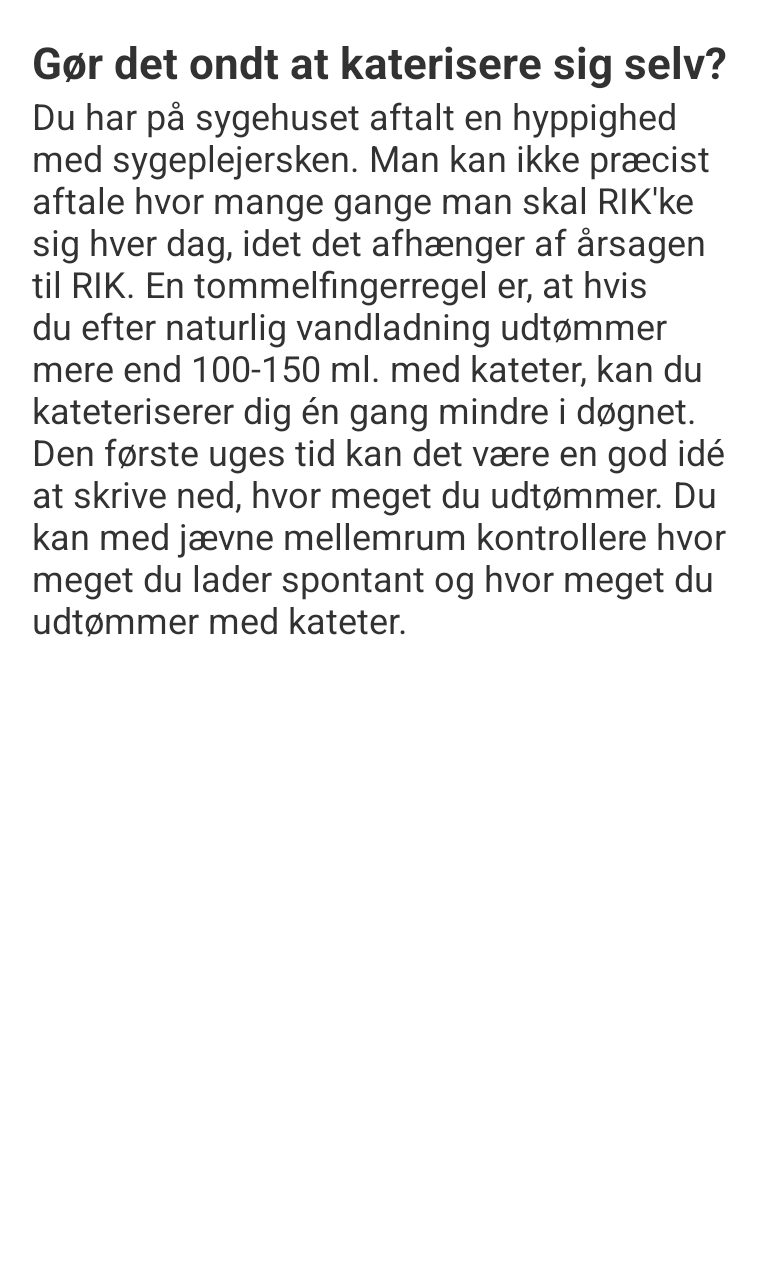
Repository: KingApollo/RIKapp2
Layout: RIKapp/res/layout/activity_does_it_hurt.xml
The author's editor kept a copy of each file at every save. The layout is drawn from the files as they stood at one save, then again after the next save.
It is drawn on a 768 x 1280 px phone screen (xhdpi) without system bars, with theme android:Theme.Light.NoTitleBar; the app's code is not run.

Above is the layout before, as saved 2014-10-10 12:29:55.

### RIKapp/res/layout/activity_does_it_hurt.xml
<RelativeLayout xmlns:android="http://schemas.android.com/apk/res/android"
    xmlns:tools="http://schemas.android.com/tools"
    android:layout_width="match_parent"
    android:layout_height="match_parent"
    android:paddingBottom="@dimen/activity_vertical_margin"
    android:paddingLeft="@dimen/activity_horizontal_margin"
    android:paddingRight="@dimen/activity_horizontal_margin"
    android:paddingTop="@dimen/activity_vertical_margin"
    tools:context="dk.ucn.datamatiker.rikapp.DoesItHurt" >

     <TextView
    android:id="@+id/tvDoesItHurtQuestion"
    android:layout_width="wrap_content"
    android:layout_height="wrap_content"
    android:text="@string/doesItHurtQuestion"
    android:textSize="22sp"
    android:textStyle="bold" />

  <TextView
    android:id="@+id/tvDoesItHurtAnswer"
    android:layout_width="wrap_content"
    android:layout_height="wrap_content"
    android:text="@string/howOftenAnswer"
    android:layout_below="@+id/tvDoesItHurtQuestion"
    android:textSize="18sp"
    />

</RelativeLayout>

### RIKapp/res/values/strings.xml
<?xml version="1.0" encoding="utf-8"?>
<resources>

    <string name="app_name">RIKapp</string>
    <string name="hello_world">Hello world!</string>
    <string name="action_settings">Settings</string>
    <string name="title_activity_hyg">Hyg</string>
    <string name="hygiejne_btn">Hygiejne</string>
    <string name="maaling_btn">Måling</string>
    <string name="title_activity_maalinger">Maalinger</string>
    <string name="skema_btn">Skema</string>
    <string name="title_activity_skema">Skema</string>
    <string name="title_activity_information">Information</string>
    <string name="howOftenAnswer">"Du har på sygehuset aftalt en hyppighed med sygeplejersken. Man kan ikke præcist aftale hvor mange gange man skal RIK'ke sig hver dag, idet det afhænger af årsagen til RIK. En tommelfingerregel er, at hvis du efter naturlig vandladning udtømmer mere end 100-150 ml. med kateter, kan du kateteriserer dig én gang mindre i døgnet. Den første uges tid kan det være en god idé at skrive ned, hvor meget du udtømmer. Du kan med jævne mellemrum kontrollere hvor meget du lader spontant og hvor meget du udtømmer med kateter."</string>
    <string name="howOftenQuestion">Hvor ofte skal jeg tømme blæren ved RIK?</string>
    <string name="test1">111111111111111111111111</string>
    <string name="test2">22222222222222222222222222</string>
    <string name="title_activity_how_often">HowOften</string>
    <string name="title_activity_kontakt">Kontakt</string>
    <string name="kontakt_btn">Kontakt</string>
    <string name="kontakt_text">"<b>Kontakt1</b> \n Kontaktperson: kp1 \n Tlf: 12345678 \n Email: kp1@e.dk
        \n\n<b>Kontakt2</b> \n Kontaktperson: kp2 \n Tlf: 87654321 \n Email: kp2@e.dk"</string>
    <string name="kontakt_title">"Kontakt"</string>
    <string name="mlInput_hint">Intast ml</string>
    <string name="save_btn_name">Log måling</string>
    <string name="noteInput_hint">Eventuelt note</string>
    <string name="title_activity_when_in_bladder">WhenInBladder</string>
    <string name="whenBladderQuestion">"Hvordan ved jeg om jeg er inde i blæren med kateteret?"</string>
    <string name="whenBladderAnswer">"Når urinen løber ud gennem kateret i toilettet, så er du i blæren. Vær opmærksom på, at kateteret ikke er langt oppe i blæren at hullerne på spidsen af kateteret kommer over niveau med urinen inde i blæren – så kan det nemlig ikke tømmes ud. Træk derfor kateteret langsom ud igen, og hvis der kommer mere urin, så vent til det ikke løber mere. Træk derefter resten ud i et jævnt træk.</string>
    <string name="doesItHurtQuestion">Gør det ondt at katerisere sig selv?</string>
    <string name="doesItHurtAnswer">""Nej, det gør ikke ondt, men du kan føle lidt ubehag i begyndelsen i urinrøret eller et kortvarigt jag i blæren. Hvis du oplever sådan et jag, så kan det skyldes at blærevæggen suges tæt til kateteret i blæren, når den tømmes. Det forsvinder hurtigt igen. "</string>
    <string name="whyBloodQuestion">Hvorfor kommer der somme tider lidt blod, når jeg kateriserer mig?</string>
    <string name="whyBloodAnswer">Det gør der, fordi der nemt kan komme en lille ridse i urinrørets slimhinde eller i blærens slimhinde. Det betyder ingenting, og er helt ufarligt. </string>
    <string name="whenHandWashQuestion">Hvornår skal jeg vaske hænder, når jeg skal RIK´ke?</string>
    <string name="whenHandWashAnswer">Det skal du før du påbegynder udtømningen. Det vil sige, at du finder det frem, som du skal bruge, og måske lukker du bukserne op og trækker bukserne ned. Så vasker du hænderne ifølge forskrifterne – klik her. Du skal også afslutte med at vaske hænderne, når du har tømt blæren for urin, og har trukket benklæderne op igen. Du skal tørre hænderne i et rent håndklæde/engangshåndklæde.</string>
    <string name="howHandWashQuestion">Hvordan skal jeg vaske mine hænder korrekt?</string>
    <string name="howHandWashAnswer">Du kan se videoen ved at klikke her</string>
    <string name="title_activity_does_it_hurt">DoesItHurt</string>
    <string name="title_activity_when_wash_hands">WhenWashHands</string>
    <string name="title_activity_how_wash_hands">HowWashHands</string>
    <string name="title_activity_why_blood">WhyBlood</string>

</resources>

Loaded but not shown: RIKapp/res/values/dimens.xml (common file); RIKapp/res/values-w820dp/dimens.xml (common file)

After the next save:
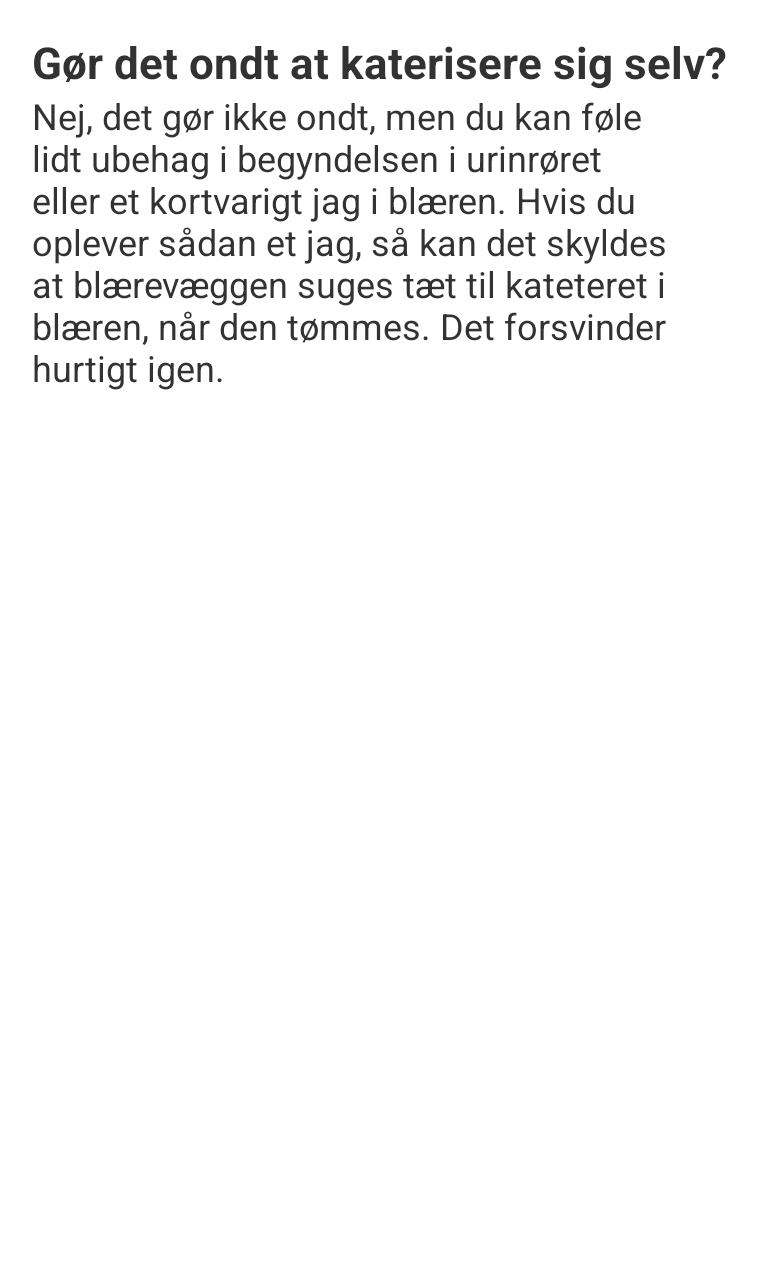
Saved 7 s later.
--- a/RIKapp/res/layout/activity_does_it_hurt.xml
+++ b/RIKapp/res/layout/activity_does_it_hurt.xml
@@ -20,7 +20,7 @@
     android:id="@+id/tvDoesItHurtAnswer"
     android:layout_width="wrap_content"
     android:layout_height="wrap_content"
-    android:text="@string/howOftenAnswer"
+    android:text="@string/doesItHurtAnswer"
     android:layout_below="@+id/tvDoesItHurtQuestion"
     android:textSize="18sp"
     />
